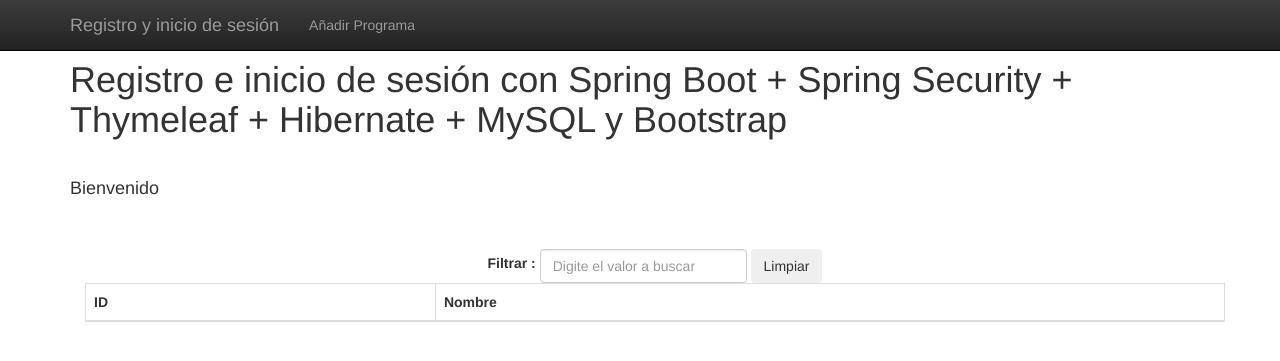
Repository: AndresBR2003/Proyecto-Integrador
Page: http://localhost/index
These files come from the project's save history. The page is drawn as it stood at one moment and after the next save; the edit follows.
The browser window is 1280 px wide. The pictures show the whole page.
The page is this project's Thymeleaf template; nobody is signed in. The template is opened directly, without the code that normally fills it, so the values that code supplies are empty.

Above is the page before, as saved 2023-10-14 21:23:08.
Console error (its wording comes from the project's code and is left out).

### UnidosPorUnPerúMejor/src/main/resources/templates/index.html
<!DOCTYPE html>
<html xmlns:th="http://www.thymeleaf.org"
	xmlns:sec="http://www.thymeleaf.org/thymeleaf-extras-springsecurity3">
<head>

<meta charset="utf-8">
<title>Inicio</title>
<!-- Latest compiled and minified CSS -->
<link rel="stylesheet"
	href="https://maxcdn.bootstrapcdn.com/bootstrap/3.3.7/css/bootstrap.min.css"
	integrity="sha384-BVYiiSIFeK1dGmJRAkycuHAHRg32OmUcww7on3RYdg4Va+PmSTsz/K68vbdEjh4u"
	crossorigin="anonymous">

<!-- Optional theme -->
<link rel="stylesheet"
	href="https://maxcdn.bootstrapcdn.com/bootstrap/3.3.7/css/bootstrap-theme.min.css"
	integrity="sha384-rHyoN1iRsVXV4nD0JutlnGaslCJuC7uwjduW9SVrLvRYooPp2bWYgmgJQIXwl/Sp"
	crossorigin="anonymous">
</head>
<body>


	<nav class="navbar navbar-inverse navbar-fixed-top">
		<div class="container">
			<div class="navbar-header">
				<button type="button" class="navbar-toggle collapsed"
					data-toggle="collapse" data-target="#navbar" aria-expanded="false"
					aria-controls="navbar">
					<span class="sr-only">Toggle navigation</span> <span
						class="icon-bar"></span> <span class="icon-bar"></span> <span
						class="icon-bar"></span>
				</button>
				<a class="navbar-brand" href="#" th:href="@{/}">Registro y
					inicio de sesión</a>
			</div>
			<div id="navbar" class="collapse navbar-collapse">
				<ul class="nav navbar-nav">
					<li sec:authorize="isAuthenticated()"><a th:href="@{/logout}">Cerrar
							sesión</a></li>
					<li><a th:href="@{/nuevo}">Añadir Programa</a></li>
				</ul>
			</div>
		</div>
	</nav>

	<br>
	<br>

	<div class="container">
		<h1>Registro e inicio de sesión con Spring Boot + Spring Security
			+ Thymeleaf + Hibernate + MySQL y Bootstrap</h1>
		<br>
		<h4>
			Bienvenido <span sec:authentication="principal.username"></span>
		</h4>

		<br> <br>

		<div class="container text-center">
			<form class="form-inline" th:action="@{/}">
				<div class="form-group mb-2">
					<label>Filtrar : </label>
				</div>
				<div class="form-group mx-sm-3 mb-2">
					<input type="text" name="palabraClave" class="form-control" id="palabraClave" th:value="${palabraClave}" placeholder="Digite el valor a buscar" required>
				</div>
				<input type="submit" class="btn btn-secondary bm-2" value="Limpiar">
			</form>
		<table class="table table-striped table-bordered">
			<thead class="table-dark">
				<tr>
					<th>ID</th>
					<th>Nombre</th>
				</tr>
			</thead>
			<tbody>
				<tr th:each="p: ${listaProgramas}">
					<td th:text="${p.idPro}"></td>
					<td th:text="${p.nombrePro}"></td>
					<td>
						<a class="btn btn-primary" th:href="@{'/editar/' + ${p.idPro}}">Editar</a>
						&nbsp;
						<a class="btn btn-danger" th:href="@{'/eliminar/' + ${p.idPro}}">Eliminar</a>
					</td>
				</tr>
			</tbody>
		</table>
		</div>
	</div>



	<!-- Latest compiled and minified JavaScript -->
	<script
		src="https://maxcdn.bootstrapcdn.com/bootstrap/3.3.7/js/bootstrap.min.js"
		integrity="sha384-Tc5IQib027qvyjSMfHjOMaLkfuWVxZxUPnCJA7l2mCWNIpG9mGCD8wGNIcPD7Txa"
		crossorigin="anonymous"></script>
</body>
</html>

After the next save:
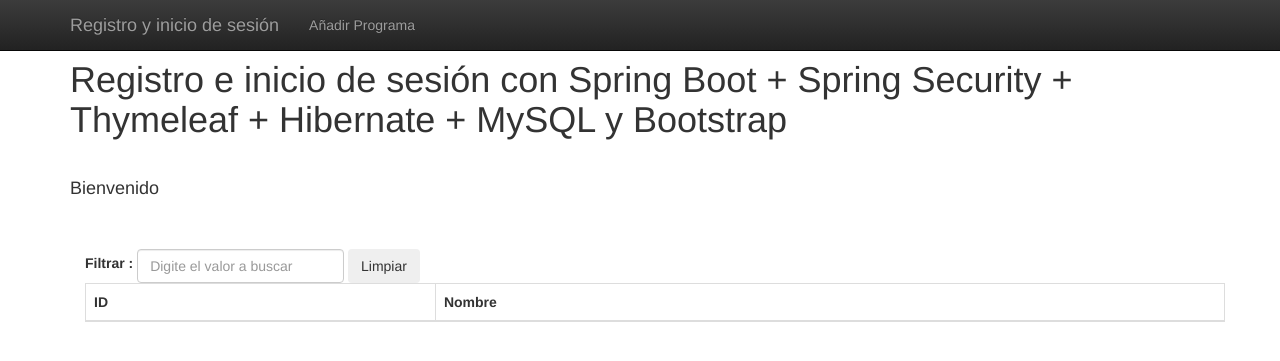
Saved 37 s later.
--- a/UnidosPorUnPerúMejor/src/main/resources/templates/index.html
+++ b/UnidosPorUnPerúMejor/src/main/resources/templates/index.html
@@ -56,7 +56,7 @@
 
 		<br> <br>
 
-		<div class="container text-center">
+		<div class="container">
 			<form class="form-inline" th:action="@{/}">
 				<div class="form-group mb-2">
 					<label>Filtrar : </label>
